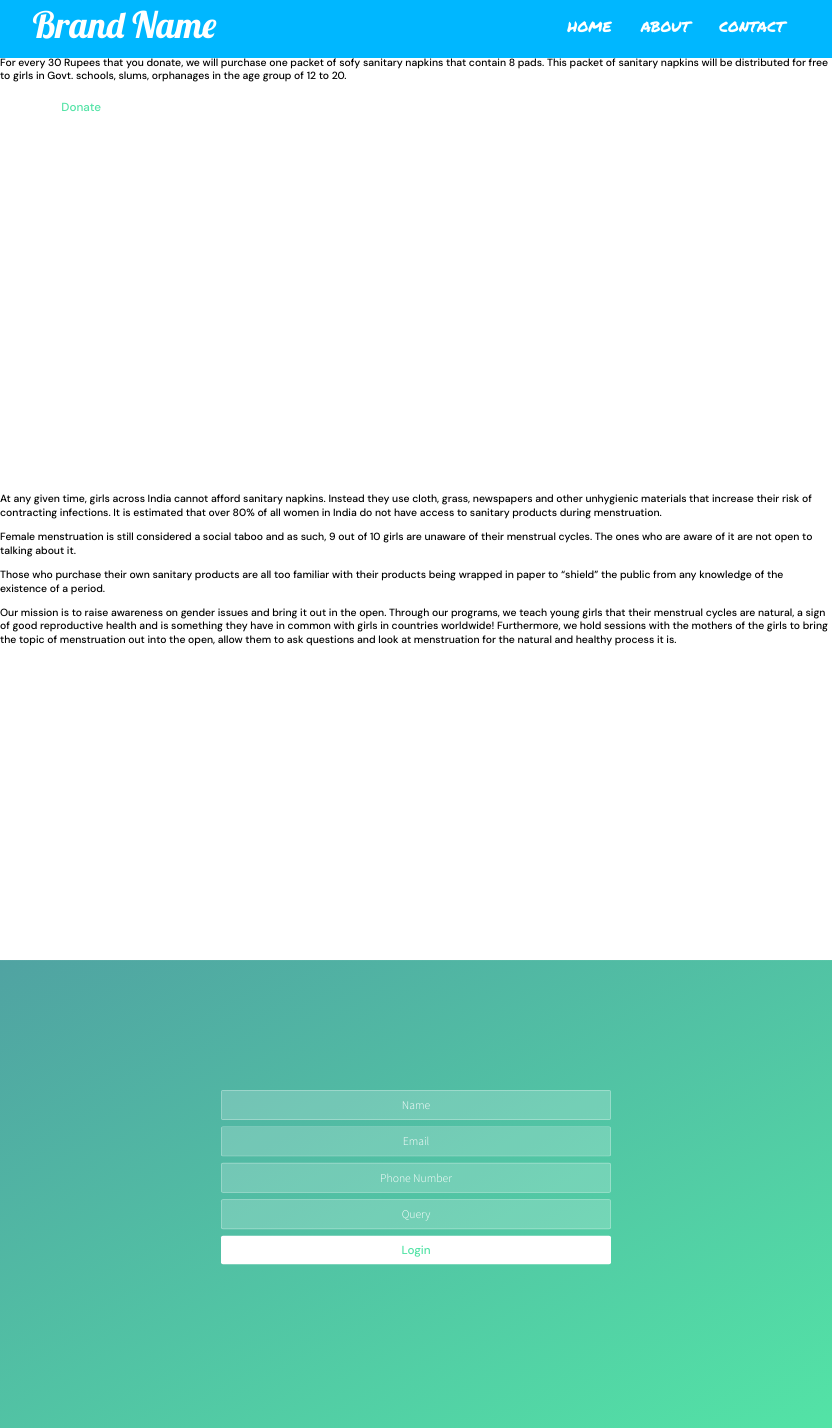
Repository: Jrap-bit/PeriodofSharing
Page: index.html
An editor plug-in stored every save of this project. The page is shown before and after the next save, followed by the edit.
The browser window is 1280 px wide. The pictures show the whole page, at 65% of full size.

Above is the page before, as saved 2022-01-15 13:09:05.

### index.html
<!DOCTYPE html>
<html lang="en">
  <head>
    <meta charset="UTF-8" />
    <meta http-equiv="X-UA-Compatible" content="IE=edge" />
    <meta name="viewport" content="width=device-width, initial-scale=1.0" />
    <link rel="stylesheet" href="style.css" />
    <title>#PeriodofSharing</title>
  </head>
  <body>
    <nav class="navbar">
      <div class="brand-title">Brand Name</div>
      <a href="#" class="toggle-button">
        <span class="bar"></span>
        <span class="bar"></span>
        <span class="bar"></span>
      </a>
      <div class="navbar-links">
        <ul>
          <li><a href="#Home">HOME</a></li>
          <li><a href="#About">ABOUT</a></li>
          <li><a href="#Contact">CONTACT</a></li>
        </ul>
      </div>
    </nav>
    <div id="Home" class="home">
      <h1>#PeriodofSharing</h1>
      <p>
        For every 30 Rupees that you donate, we will purchase one packet of sofy
        sanitary napkins that contain 8 pads. This packet of sanitary napkins
        will be distributed for free to girls in Govt. schools, slums,
        orphanages in the age group of 12 to 20.
      </p>
      <div>
        <a href="Donate.html"><button class="donate-button">Donate</button></a>
      </div>
    </div>
    <div id="About" class="about">
      <p>
        At any given time, girls across India cannot afford sanitary napkins.
        Instead they use cloth, grass, newspapers and other unhygienic materials
        that increase their risk of contracting infections. It is estimated that
        over 80% of all women in India do not have access to sanitary products
        during menstruation.
      </p>
      <p>
        Female menstruation is still considered a social taboo and as such, 9
        out of 10 girls are unaware of their menstrual cycles. The ones who are
        aware of it are not open to talking about it.
      </p>
      <p>
        Those who purchase their own sanitary products are all too familiar with
        their products being wrapped in paper to “shield” the public from any
        knowledge of the existence of a period.
      </p>
      <p>
        Our mission is to raise awareness on gender issues and bring it out in
        the open. Through our programs, we teach young girls that their
        menstrual cycles are natural, a sign of good reproductive health and is
        something they have in common with girls in countries worldwide!
        Furthermore, we hold sessions with the mothers of the girls to bring the
        topic of menstruation out into the open, allow them to ask questions and
        look at menstruation for the natural and healthy process it is.
      </p>
    </div>
    <div class="contact" id="Contact">
      <div class="wrapper">
        <div class="container">
          <form class="form">
            <input type="text" placeholder="Name" />
            <input type="text" placeholder="Email" />
            <input type="text" placeholder="Phone Number" />
            <input type="text" placeholder="Query" />
            <button type="submit" id="login-button">Login</button>
          </form>
        </div>
      </div>
    </div>
  </body>
</html>

### style.css
@import url('https://fonts.googleapis.com/css2?family=DM+Sans:wght@500&display=swap');
@import url('https://fonts.googleapis.com/css2?family=Bebas+Neue&family=Lobster&family=Permanent+Marker&display=swap');
@import url('https://fonts.googleapis.com/css?family=Source+Sans+Pro:200,300');


* {
    box-sizing: border-box;
    font-family: 'DM Sans', sans-serif;
    font-weight: 300;
}

body {
    margin: 0;
    padding: 0;
    font-family: 'Source Sans Pro', sans-serif;
	 color: black;
	 font-weight: 300;
}

body ::-webkit-input-placeholder {
    font-family: 'Source Sans Pro', sans-serif;
    color: white;
    font-weight: 300;
}
body :-moz-placeholder {
    font-family: 'Source Sans Pro', sans-serif;
    color: white;
    opacity: 1;
    font-weight: 300;
}
body ::-moz-placeholder {
    font-family: 'Source Sans Pro', sans-serif;
    color: white;
    opacity: 1;
    font-weight: 300;
}
body :-ms-input-placeholder {
    font-family: 'Source Sans Pro', sans-serif;
    color: white;
    font-weight: 300;
}
.wrapper {
    background: #50a3a2;
    background: -webkit-linear-gradient(top left,#50a3a2 0%,#53e3a6 100%);
    background: -moz-linear-gradient(top left,#50a3a2 0%,#53e3a6 100%);
    background: -o-linear-gradient(top left,#50a3a2 0%,#53e3a6 100%);
    background: linear-gradient(to bottom right,#50a3a2 0%,#53e3a6 100%);
    position: absolute;
    left: 0;
    width: 100%;
    height: 100vh;
    overflow: hidden;
}
.wrapper.form-success .container h1 {
    transform: translateY(85px);
}
.container {
    max-width: 600px;
    margin: 0 auto;
    padding: 80px 0;
    height: 400px;
    text-align: center;
}
.container h1 {
    font-size: 40px;
    transition-duration: 1s;
    transition-timing-function: ease-in-put;
    font-weight: 200;
}
form {
    margin-top: 100px;
    padding: 20px 0;
    position: relative;
    z-index: 2;
}
form input {
    display: block;
    appearance: none;
    outline: 0;
    border: 1px solid rgba(255,255,255,0.4);
    background-color: rgba(255,255,255,0.2);
    width: 100%;
    border-radius: 3px;
    padding: 10px 15px;
    margin: 0 auto 10px auto;
    text-align: center;
    font-size: 18px;
    color: white;
    transition-duration: 0.25s;
    font-weight: 300;
}
form input:hover {
    background-color: rgba(255,255,255,0.4);
}
form input:focus {
    background-color: white;
    width: 120%;
    color: #53e3a6;
}
form button {
    appearance: none;
    outline: 0;
    background-color: white;
    border: 0;
    padding: 10px 15px;
    color: #53e3a6;
    border-radius: 3px;
    width: 100%;
    cursor: pointer;
    font-size: 18px;
    transition-duration: 0.25s;
}
form button:hover {
    background-color: #f5f7f9;
}

html{
    scroll-behavior: smooth;
}

.donate-button{
    appearance: none;
    outline: 0;
    background-color: white;
    border: 0;
    padding: 10px 15px;
    color: #53e3a6;
    border-radius: 3px;
    width: 250px;
    cursor: pointer;
    font-size: 18px;
    transition-duration: 0.25s;
}
.donate-button:hover{
    background-color: #f5f7f9;
}

.navbar{
    display: flex;
    justify-content: space-between;
    align-items: center;
    background-color: rgb(0, 183, 255);
    color: white;
    width: 100%;
    margin-top: -30px;
    position: fixed;
}

.brand-title{
    font-family: 'Lobster', cursive;
    font-size: 3.5rem;
    margin: 10px 50px;
    margin-bottom: 15px;

}

.navbar-links ul{
    margin: 10px 50px 10px 50px;
    display: flex;
}

.navbar-links li {
    font-family: 'Permanent Marker', cursive;
    font-weight: bold;
    list-style: none;
    font-size: 1.4rem;

}

.navbar-links li a{
    font-family: 'Permanent Marker', cursive;
    text-decoration: none;
    color: white;
    padding: 1.4rem;
    display: block;
}

.navbar-links li:hover{
    background-color: rgb(1, 54, 75);
}

.toggle-button {
    position: absolute;
    top: .75rem;
    right: 1rem;
    display: none;
    flex-direction: column;
    justify-content: space-between;
    width: 30px;
    height: 21px;
}

.toggle-button .bar{
    height: 3px;
    width: 100%;
    background-color: white;
    border-radius: 10px;
}
.about{
    height: 100vh;

}

.home{
    height: 100vh;
}

@media (max-width: 800px) {
    .toggle-button{
        display: flex;
    }
    .navbar-links{
        display: none;
        width: 100%;
    }

    .navbar{
        flex-direction: column;
        align-items: flex-start;
    }

    .navbar-links ul {
        flex-direction: column;
        width: 100%;

    }

    .navbar-links li{
        text-align: center;
    }

    .navbar-links li a{
        padding: 0.5rem 1rem;
    }

    .navbar-links.active{
        display: flex;
    }

    .toggle-button:hover{
        background-color: #666;
    }
}

After the next save:
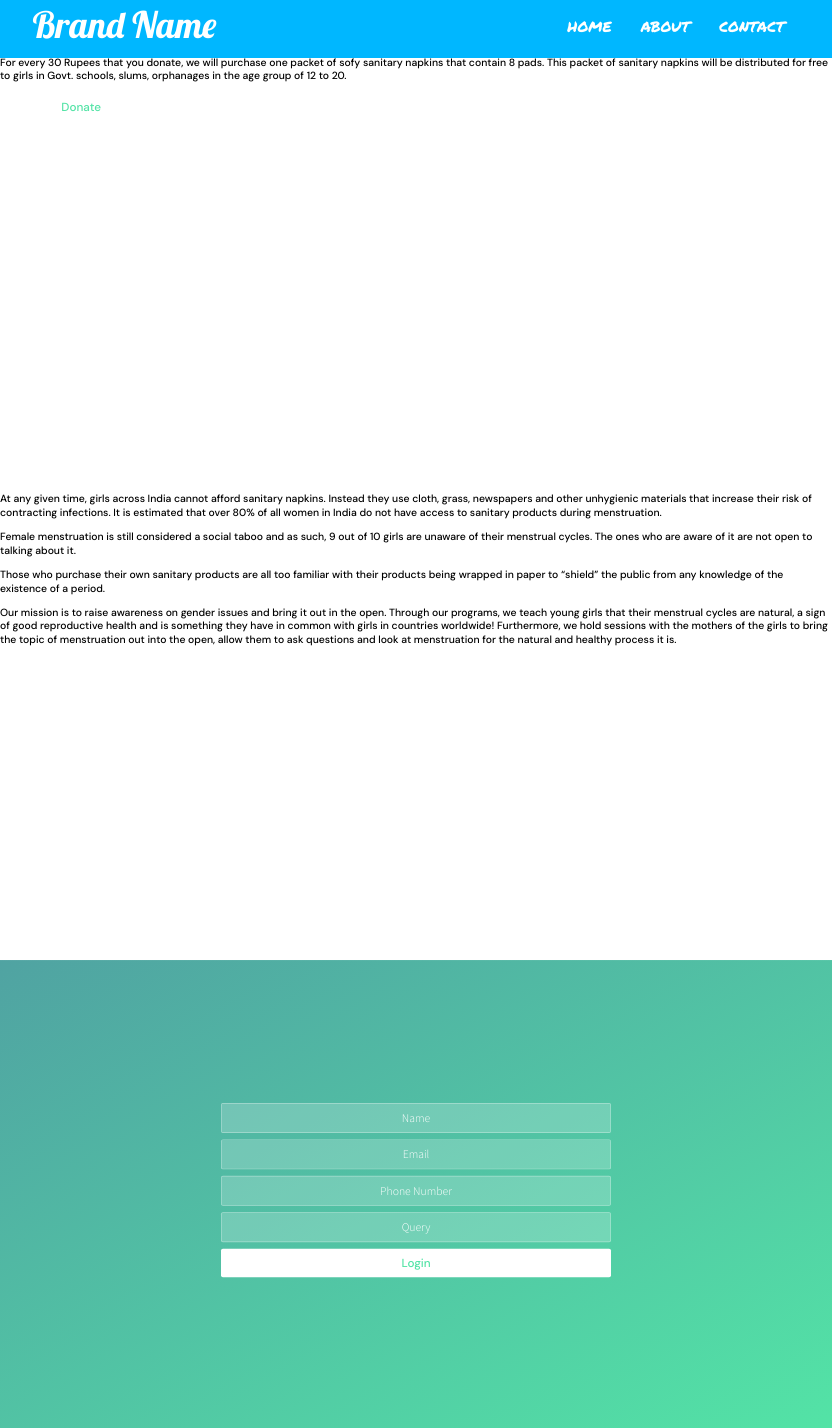
Saved 22 s later.
--- a/style.css
+++ b/style.css
@@ -68,7 +68,7 @@ body :-ms-input-placeholder {
     font-weight: 200;
 }
 form {
-    margin-top: 100px;
+    margin-top: 20%;
     padding: 20px 0;
     position: relative;
     z-index: 2;
